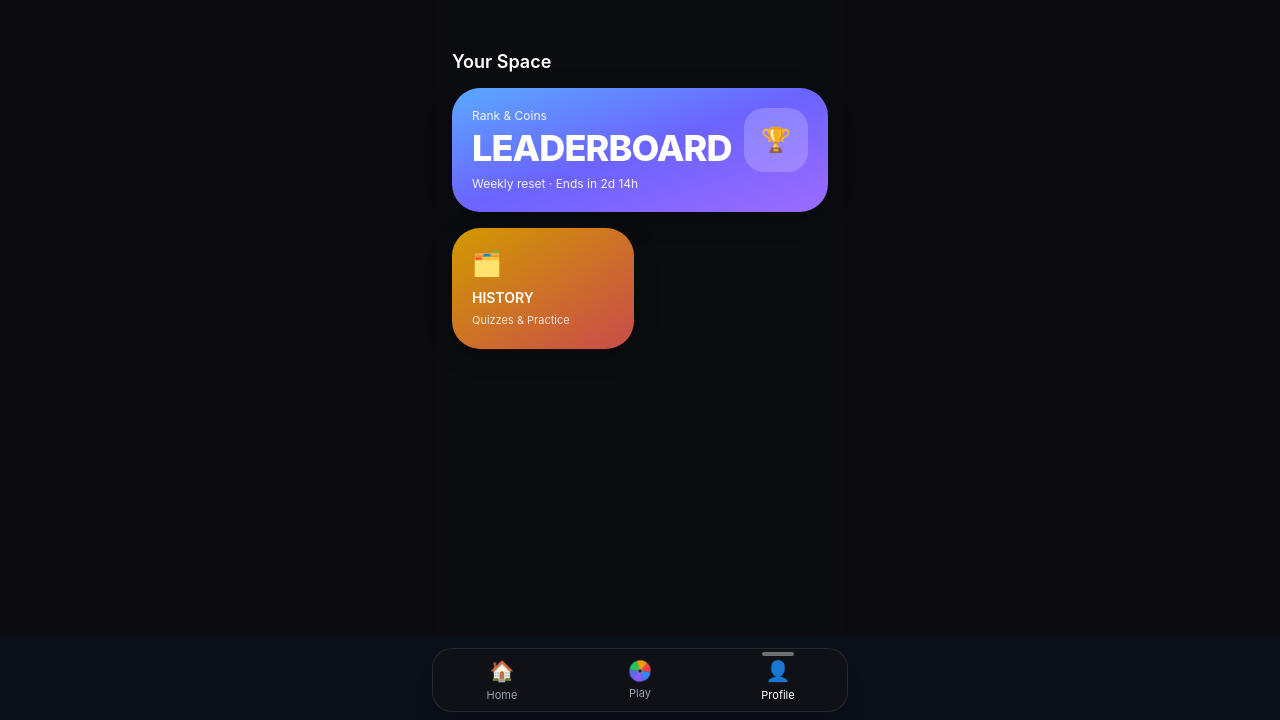
Repository: nirmaldas07/quizify-app
Page: /profile
These files come from the project's save history. The page is drawn as it stood at one moment and after the next save; the edit follows.
The browser window is 1280 px wide. The pictures show the whole page.
The project was rebuilt for these pictures with package versions that can differ from the ones it lists, and the page was loaded fresh each time. Also part of the build but not shown: src/components/ConfirmStartSheet.jsx, src/components/CoinFly.jsx, src/components/Home.jsx, src/components/Play.jsx, src/components/Quiz.jsx, src/components/PartySpin.jsx, src/components/Profile/Screen.jsx, src/components/Profile/Leaderboard.jsx and 1 more.

Above is the page before, as saved 2025-08-25 14:29:20.

### index.html
<!DOCTYPE html>
<html lang="en">
  <head>
    <meta charset="UTF-8" />
    <meta name="viewport" content="width=device-width, initial-scale=1.0" />
    <title>Quizify</title>
  </head>
  <body>
    <div id="root"></div>
    <script type="module" src="/src/main.jsx"></script>
  </body>
</html>

### src/App.jsx
// src/App.jsx
import { Routes, Route, Navigate } from "react-router-dom";

import Layout from "./components/Layout";
import Home from "./components/Home";
import Play from "./components/Play.jsx";
import Quiz from "./components/Quiz";
import PartySpin from "./components/PartySpin.jsx";

// Explicit imports from Profile folder (only files you have now)
import ProfileHome from "./components/Profile/ProfileHome";
import ProfileLeaderboard from "./components/Profile/Leaderboard";
import ProfileHistory from "./components/Profile/History";

export default function App() {
  return (
    <Routes>
      <Route element={<Layout />}>
        <Route path="/" element={<Home />} />
        <Route path="/play" element={<Play />} />
        <Route path="/play/party" element={<PartySpin />} />

        {/* Profile routes */}
        <Route path="/profile" element={<ProfileHome />} />
        <Route path="/profile/leaderboard" element={<ProfileLeaderboard />} />
        <Route path="/profile/history" element={<ProfileHistory />} />

        {/* Old leaders path → redirect */}
        <Route path="/leaders" element={<Navigate to="/profile/leaderboard" replace />} />

        {/* Quiz flow */}
        <Route path="/quiz/:category/start" element={<Quiz />} />

        {/* Fallback */}
        <Route path="*" element={<Home />} />
      </Route>
    </Routes>
  );
}

### src/index.css
@tailwind base;
@tailwind components;
@tailwind utilities;

/* ---------- Base (global) ---------- */
@layer base {
  html, body, #root { height: 100%; background:#000; color:#fff; }

  /* Calm dark surface + crisp type everywhere */
  body { @apply bg-base-bg text-base-text antialiased font-sans; }

  /* Subtle selection tint */
  ::selection { @apply bg-brand-blue/30; }
}

/* ---------- Tiny reusable pieces (optional, but handy) ---------- */
@layer components {
  .card { @apply bg-base-card/90 border border-base-border rounded-2xl p-4; }
  .pill { @apply px-3 py-1 rounded-full bg-white/5 border border-base-border text-xs; }

  .btn-primary {
    @apply bg-brand-blue text-white font-medium rounded-xl px-4 py-2
           hover:bg-brand-blue/90 transition shadow-soft;
  }
  .btn-ghost {
    @apply bg-white/5 border border-base-border text-base-text rounded-xl px-4 py-2
           hover:bg-white/10 transition;
  }
}

### src/components/Layout.jsx
// src/components/Layout.jsx
import React, { useRef, useEffect, useState } from "react";
import { Outlet, useNavigate, useLocation } from "react-router-dom";

function WheelIcon({ size = 22 }) {
  return (
    <div style={{ width: size, height: size }} className="grid place-items-center">
      <svg
        viewBox="0 0 100 100"
        className="motion-safe:animate-[spin_9s_linear_infinite] group-active:motion-safe:animate-[spin_1.2s_linear_infinite]"
      >
        <path d="M50,50 L50,5 A45,45 0 0,1 86.97,25.98 Z" fill="#6366F1" />
        <path d="M50,50 L86.97,25.98 A45,45 0 0,1 86.97,74.02 Z" fill="#22C55E" />
        <path d="M50,50 L86.97,74.02 A45,45 0 0,1 50,95 Z" fill="#F59E0B" />
        <path d="M50,50 L50,95 A45,45 0 0,1 13.03,74.02 Z" fill="#EF4444" />
        <path d="M50,50 L13.03,74.02 A45,45 0 0,1 13.03,25.98 Z" fill="#3B82F6" />
        <path d="M50,50 L13.03,25.98 A45,45 0 0,1 50,5 Z" fill="#8B5CF6" />
        <circle cx="50" cy="50" r="9" fill="#111827" stroke="white" strokeWidth="2" />
      </svg>
    </div>
  );
}

export default function Layout() {
  const navigate = useNavigate();
  const { pathname } = useLocation();

  const scrollPositions = useRef({});
  const lastTapRef = useRef(0);

  // Preload sound
  const soundRef = useRef(null);
  useEffect(() => {
    soundRef.current = new Audio("/sounds/refresh.mp3");
  }, []);

  // Restore scroll when navigating
  useEffect(() => {
    const pos = scrollPositions.current[pathname];
    if (pos !== undefined) {
      window.scrollTo(0, pos);
    } else {
      window.scrollTo(0, 0);
    }
  }, [pathname]);

  const saveScroll = () => {
    scrollPositions.current[pathname] = window.scrollY;
  };

  // ✅ Pull-to-refresh only for bottom nav pages
  const inBottomNavPage = ["/", "/play", "/profile"].includes(pathname);

  // ✅ Track modal-open state reactively
  const [modalOpen, setModalOpen] = useState(false);
  const [leaveConfirm, setLeaveConfirm] = useState({ open: false, go: null });

  useEffect(() => {
    const observer = new MutationObserver(() => {
      setModalOpen(document.body.classList.contains("modal-open"));
    });
    observer.observe(document.body, { attributes: true, attributeFilter: ["class"] });
    return () => observer.disconnect();
  }, []);

  const HIDE_ROUTES = [/^\/quiz\//, /^\/practice\//];
  const hideNav = modalOpen || HIDE_ROUTES.some(r => r.test(pathname));

  const isActive = (path) =>
    path === "/" ? pathname === "/" : pathname.startsWith(path);

  /* ---------------- Pull-to-refresh ---------------- */
  const touchStartY = useRef(0);
  const [pulling, setPulling] = useState(false);
  const [pullDist, setPullDist] = useState(0);
  const [refreshing, setRefreshing] = useState(false);

  const handleTouchStart = (e) => {
    if (!inBottomNavPage) return; // 🚫 only on Home, Play, Leaderboard
    if (window.scrollY === 0) {
      touchStartY.current = e.touches[0].clientY;
    }
  };

  const handleTouchMove = (e) => {
    if (!inBottomNavPage) return; // 🚫 only on Home, Play, Leaderboard
    if (window.scrollY === 0) {
      const dist = e.touches[0].clientY - touchStartY.current;
      if (dist > 0) {
        setPulling(true);
        setPullDist(Math.min(dist, 80));
      }
    }
  };

  const handleTouchEnd = () => {
    if (pulling && pullDist > 40) {
      setRefreshing(true);

      // ✅ Play sound
      if (soundRef.current) {
        soundRef.current.currentTime = 0;
        soundRef.current.play().catch(() => {});
      }

      // ✅ Vibrate
      if (navigator.vibrate) {
        navigator.vibrate(60);
      }

      // ✅ Scroll top
      window.scrollTo({ top: 0, behavior: "smooth" });

      // Stop indicator after 1s
      setTimeout(() => setRefreshing(false), 1000);
    }
    setPulling(false);
    setPullDist(0);
  };

  const NavItem = ({ path, icon, label }) => {
    const active = isActive(path);

    const handleClick = () => {
    // remember scroll before any nav
    saveScroll();

    // what to do after user confirms
    const go = () => {
        if (path === "/play") {
        navigate(`/play?view=modes&reset=${Date.now()}`);
        if (navigator.vibrate) navigator.vibrate(15);
        return;
        }

        if (active) {
        const now = Date.now();
        if (now - lastTapRef.current < 500) {
            window.scrollTo({ top: 0, behavior: "smooth" });
            if (navigator.vibrate) navigator.vibrate(30);
        }
        lastTapRef.current = now;
        } else {
        navigate(path);
        }
    };

    // if user is mid-question, ask first via styled modal
    const inQuestion = localStorage.getItem("qp_in_question") === "true";
    if (inQuestion) {
        setLeaveConfirm({ open: true, go });
        return;
    }

    go();
    };


    return (
      <button
        type="button"
        onClick={handleClick}
        className={`group relative flex h-12 w-20 flex-col items-center justify-center rounded-xl transition
          ${active ? "text-white" : "text-base-muted hover:text-white"}`}
        aria-current={active ? "page" : undefined}
      >
        {active && <span className="absolute -top-1 h-1 w-8 rounded-full bg-white/40" />}
        <div className="leading-none">{icon}</div>
        <span className="mt-0.5 text-[11px]">{label}</span>
      </button>
    );
  };

  return (
    <div
      className="min-h-screen bg-base-bg text-base-text"
      onTouchStart={handleTouchStart}
      onTouchMove={handleTouchMove}
      onTouchEnd={handleTouchEnd}
    >
      {/* Pull-to-refresh indicator */}
      {(pulling || refreshing) && (
        <div
          className="fixed left-1/2 z-50 flex flex-col items-center text-white text-sm transition-all duration-200"
          style={{
            top: refreshing ? "4rem" : `${Math.min(pullDist, 100)}px`,
            transform: "translateX(-50%)",
            width: "160px",
            textAlign: "center",
          }}
        >
          <span className={`${!refreshing ? "motion-safe:animate-spin" : "opacity-0"} mb-1`}>
            ⭮
          </span>
          <span className={refreshing ? "animate-bounce" : ""}>
            {refreshing ? "Updated!😍" : "Release to refresh"}
          </span>
        </div>
      )}
        <main
        className="mx-auto max-w-md px-5 overscroll-y-contain"
        style={{
            height: hideNav
            ? "100dvh"
            : "calc(100dvh - (5.25rem + env(safe-area-inset-bottom)))",
            paddingTop: "env(safe-area-inset-top)",
            overflowY: "auto",
            transform: pulling ? `translateY(${pullDist}px)` : undefined,
            transition: (pulling || refreshing) ? "transform 0.3s ease" : undefined,
        }}
        >
        <Outlet />
        </main>

      {leaveConfirm.open && (
        <div className="fixed inset-0 z-50 bg-black/60 flex items-center justify-center px-6">
            <div className="w-full max-w-sm rounded-2xl bg-base-card border border-base-border p-5 text-center">
            <div className="text-lg font-bold mb-2">Want to quit?</div>
            <p className="text-base-muted mb-5">You’ll lose this question’s progress.</p>
            <div className="flex gap-3">
                <button
                onClick={() => setLeaveConfirm({ open: false, go: null })}
                className="flex-1 py-3 rounded-xl border border-base-border bg-white/5 hover:bg-white/10 transition"
                >
                Cancel
                </button>
                <button
                onClick={() => {
                    const fn = leaveConfirm.go;
                    setLeaveConfirm({ open: false, go: null });
                    fn?.();
                }}
                className="flex-1 py-3 rounded-xl bg-blue-600 text-white font-semibold hover:bg-blue-500 transition"
                >
                Leave
                </button>
            </div>
            </div>
        </div>
)}


      {!hideNav && (
        <nav role="navigation" aria-label="Bottom navigation" className="fixed inset-x-0 bottom-0 z-50">
          <div
            className="absolute inset-x-0 bottom-0 bg-[#0B0F1A]"
            style={{ height: "calc(5.25rem + env(safe-area-inset-bottom))" }}
            aria-hidden
          />
          <div className="relative mx-auto max-w-md px-4 pb-[calc(env(safe-area-inset-bottom)+0.5rem)] pt-2">
            <div className="flex h-16 items-center justify-around rounded-2xl border border-base-border bg-base-card shadow-xl">
              <NavItem path="/"            icon={<span className="text-xl">🏠</span>} label="Home" />
              <NavItem path="/play"        icon={<WheelIcon size={24} />}      label="Play" />
              <NavItem path="/profile" icon={<span className="text-xl">👤</span>} label="Profile" />
            </div>
          </div>
        </nav>
      )}
    </div>
  );
}

### src/components/Profile/ProfileHome.jsx
import React from "react";
import { useNavigate } from "react-router-dom";

export default function ProfileHome() {
  const navigate = useNavigate();
  const TILE =
  "rounded-3xl p-5 text-left text-white shadow-[0_6px_24px_rgba(0,0,0,0.25)] " +
  "transition-transform duration-150 active:scale-[0.99] hover:opacity-95";


  return (
    <div className="min-h-full bg-[#0B0C10] text-white px-4 pt-12">
      <h1 className="text-lg font-semibold mb-3">Your Space</h1>

      {/* HERO → Leaderboard */}
      <button
        onClick={() => navigate("/profile/leaderboard")}
        className={`${TILE} w-full mb-4 bg-gradient-to-br from-[#5AA9FF] via-[#6C63FF] to-[#9C6BFF]`}
      >
        <div className="flex items-start justify-between">
          <div>
            <div className="text-xs opacity-90">Rank & Coins</div>
            <div className="mt-1 text-4xl font-extrabold tracking-tight">LEADERBOARD</div>
            <div className="mt-2 text-xs opacity-90">Weekly reset · Ends in 2d 14h</div>
          </div>
          <div className="w-16 h-16 rounded-2xl bg-white/20 grid place-items-center text-2xl">🏆</div>
        </div>
      </button>

      {/* Tiles you actually have routes for right now */}
      <div className="grid grid-cols-2 gap-3">
        <button onClick={() => navigate("/profile/history")}
          className={`${TILE} bg-gradient-to-br from-[#D19A00] to-[#C94B4B]`}>
          <div className="text-2xl mb-2">🗂️</div>
          <div className="text-sm font-semibold">HISTORY</div>
          <div className="text-[11px] opacity-80 mt-1">Quizzes & Practice</div>
        </button>
      </div>
    </div>
  );
}

### tailwind.config.js
/** @type {import('tailwindcss').Config} */
export default {
  content: ["./index.html", "./src/**/*.{js,jsx,ts,tsx}"],
  theme: {
    // App-wide container defaults (nice centered mobile width)
    container: {
      center: true,
      padding: "1.25rem", // 20px
    },
    extend: {
      // Design tokens
      colors: {
        base: {
          bg:    "#0B0B0F",                     // near-black background
          card:  "#0F1117",                     // card surface
          text:  "#F8FAFC",                     // main text
          muted: "#9CA3AF",                     // secondary text
          border:"rgba(255,255,255,0.10)",      // subtle borders
        },
        brand: {
          blue:   "#2563EB",
          purple: "#7C3AED",
        },
      },
      // Softer corners than default
      borderRadius: {
        "2xl": "1.25rem", // overrides default
        "3xl": "1.75rem",
      },
      // Gentle shadow
      boxShadow: {
        soft: "0 8px 28px rgba(0,0,0,.35)",
      },
      // System/Inter/SF stack
      fontFamily: {
        sans: [
          "Inter",
          "ui-sans-serif",
          "system-ui",
          "-apple-system",
          "Segoe UI",
          "Roboto",
          "Helvetica Neue",
          "Arial",
          "Apple Color Emoji",
          "Segoe UI Emoji",
          "Segoe UI Symbol",
        ],
      },
    },
  },
  plugins: [],
};

Loaded but not shown: src/main.jsx (common file)

After the next save:
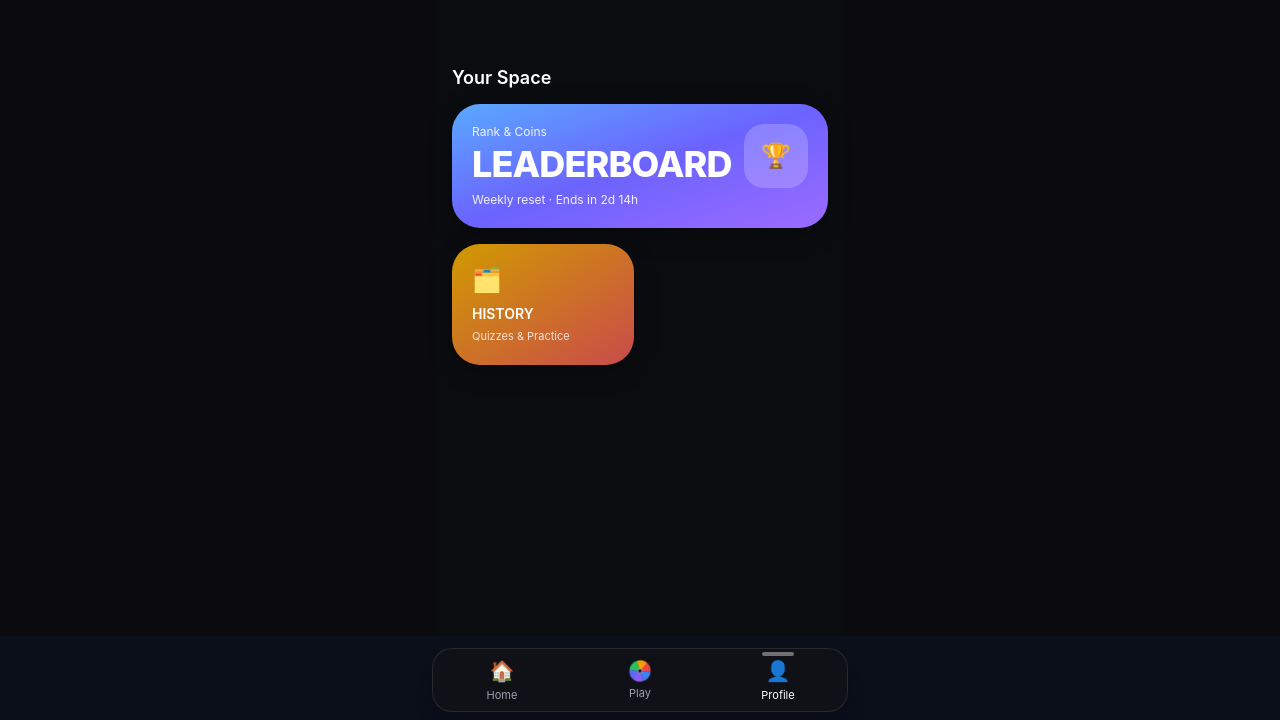
Saved 16 s later.
--- a/src/components/Profile/ProfileHome.jsx
+++ b/src/components/Profile/ProfileHome.jsx
@@ -9,7 +9,7 @@ export default function ProfileHome() {
 
 
   return (
-    <div className="min-h-full bg-[#0B0C10] text-white px-4 pt-12">
+    <div className="min-h-full bg-[#0B0C10] text-white px-4 pt-16">
       <h1 className="text-lg font-semibold mb-3">Your Space</h1>
 
       {/* HERO → Leaderboard */}
